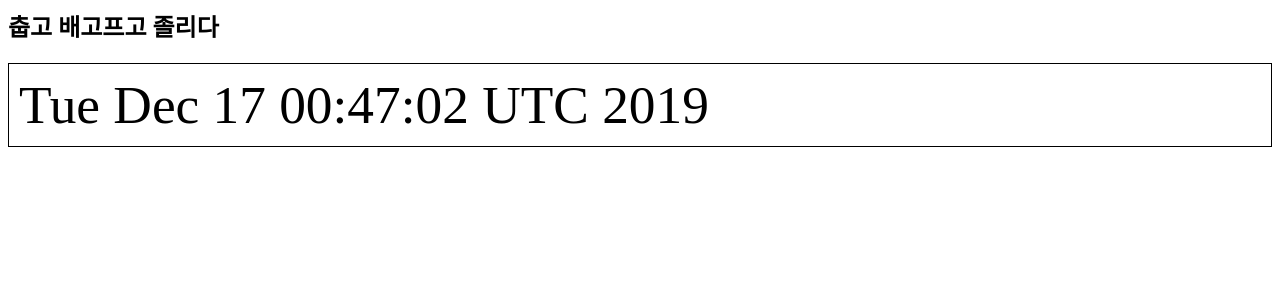
Repository: superThisMe/spring-basic
Page: http://localhost/07.spring-ajax/load-html
The author's editor kept a copy of each file at every save. The page is drawn from the files as they stood at one save, then again after the next save.
The browser window is 1280 px wide. The pictures show the whole page.
The page is served by Tomcat 9.

Above is the page before, as saved 2020-01-06 07:22:27.

After the next save:
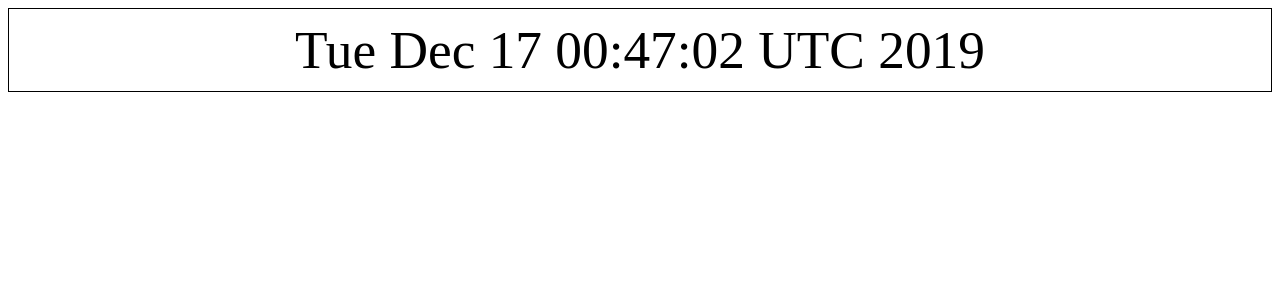
Saved 86 s later.
--- a/07.spring-ajax/src/main/webapp/WEB-INF/views/view-snippet.jsp
+++ b/07.spring-ajax/src/main/webapp/WEB-INF/views/view-snippet.jsp
@@ -1,11 +1,8 @@
 <%@page import="java.util.Date"%>
-<%@ page language="java" contentType="text/html; utf-8"
-	pageEncoding="utf-8"%>
+<%@ page session="false" %>
 
-<h2>춥고 배고프고 졸리다</h2>
+<div style="border:solid 1px;padding:10px;font-size:40pt;text-align:center">
 
-<div style="border: solid 1px; padding: 10px; font-size: 40pt; test-align: center">
-
-	<%= new Date().toString() %>
+<%= new Date().toString() %>
 
 </div>
